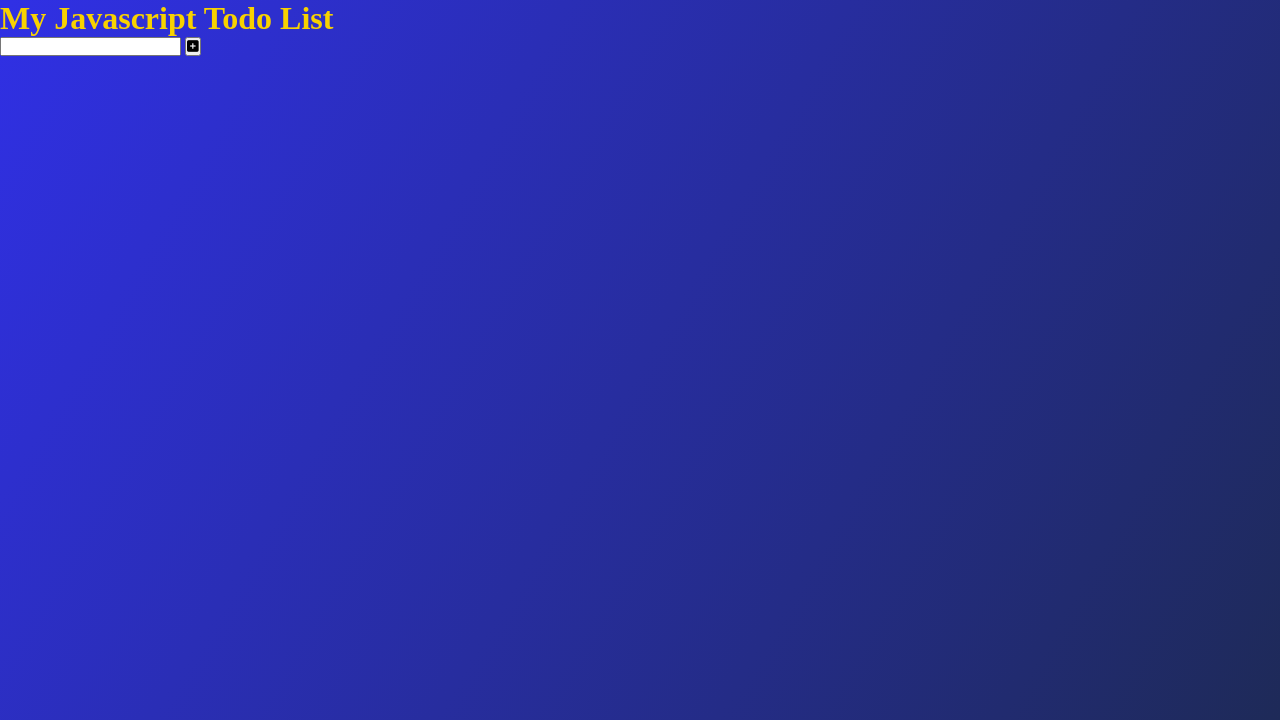
Repository: LuisMiLR/JavaScript-Todo-List
Page: index.html
The author's editor kept a copy of each file at every save. The page is drawn from the files as they stood at one save, then again after a run of saves.
The browser window is 1280 px wide. The pictures show the whole page.

Above is the page before, as saved 2023-05-01 13:29:54.

After the next 3 saves:
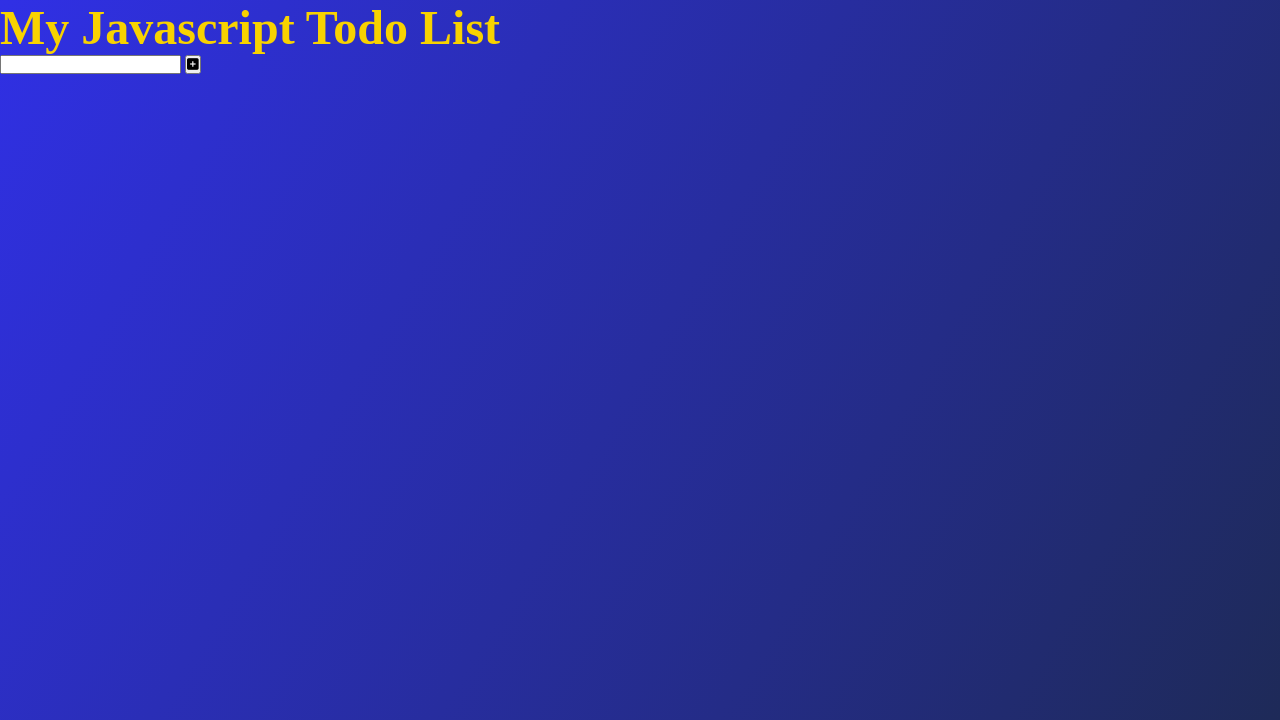
The 3 saves are shown as one change because they came seconds apart.
The last was saved 9 s later.
--- a/style.css
+++ b/style.css
@@ -11,5 +11,5 @@ body {
 }
 
 header{
-    font-size: ;
+    font-size: 1.5rem;
 }
